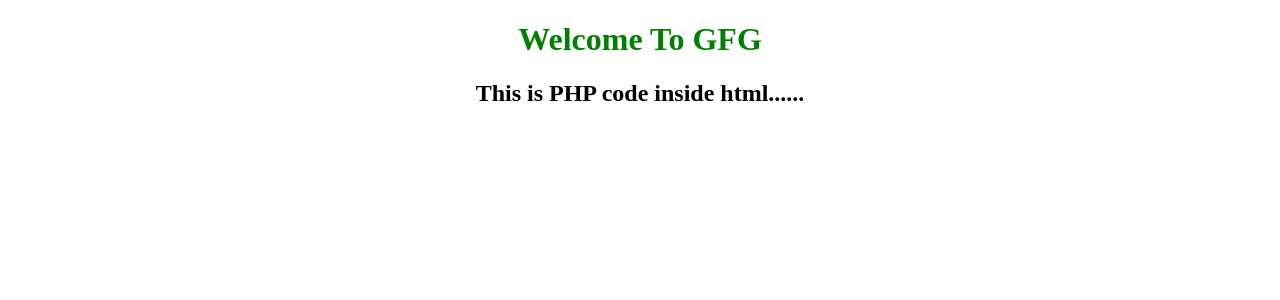
Repository: slevin2002/phpprojectgh
Page: http://localhost/example1.php
An editor plug-in stored every save of this project. The page is shown before and after the next save, followed by the edit.
The browser window is 1280 px wide. The pictures show the whole page.
The page is run by PHP 8.4 with error messages shown; the project is at /var/www/html/.

Above is the page before, as saved 2022-12-14 11:00:16.

After the next save:
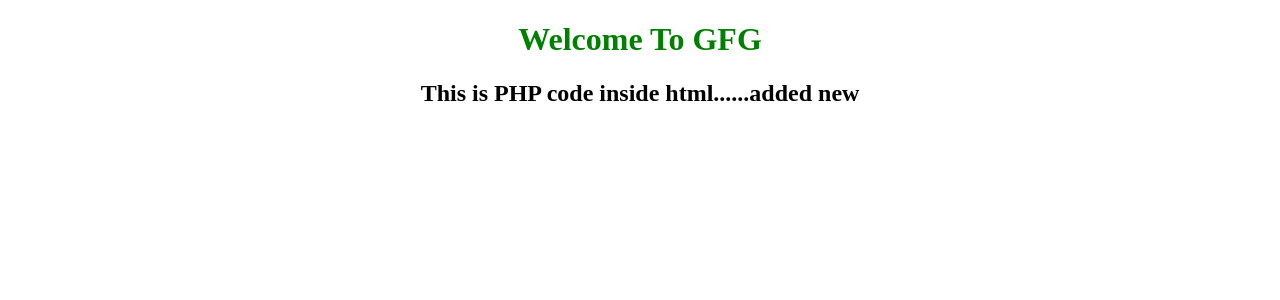
Saved 4 s later.
--- a/example1.php
+++ b/example1.php
@@ -16,7 +16,7 @@
 		<h2>
 			<?php
 			echo "This is PHP code inside html......";
-			echo ""
+			echo "added new "
 			?>
 		</h2>
 	</center>
